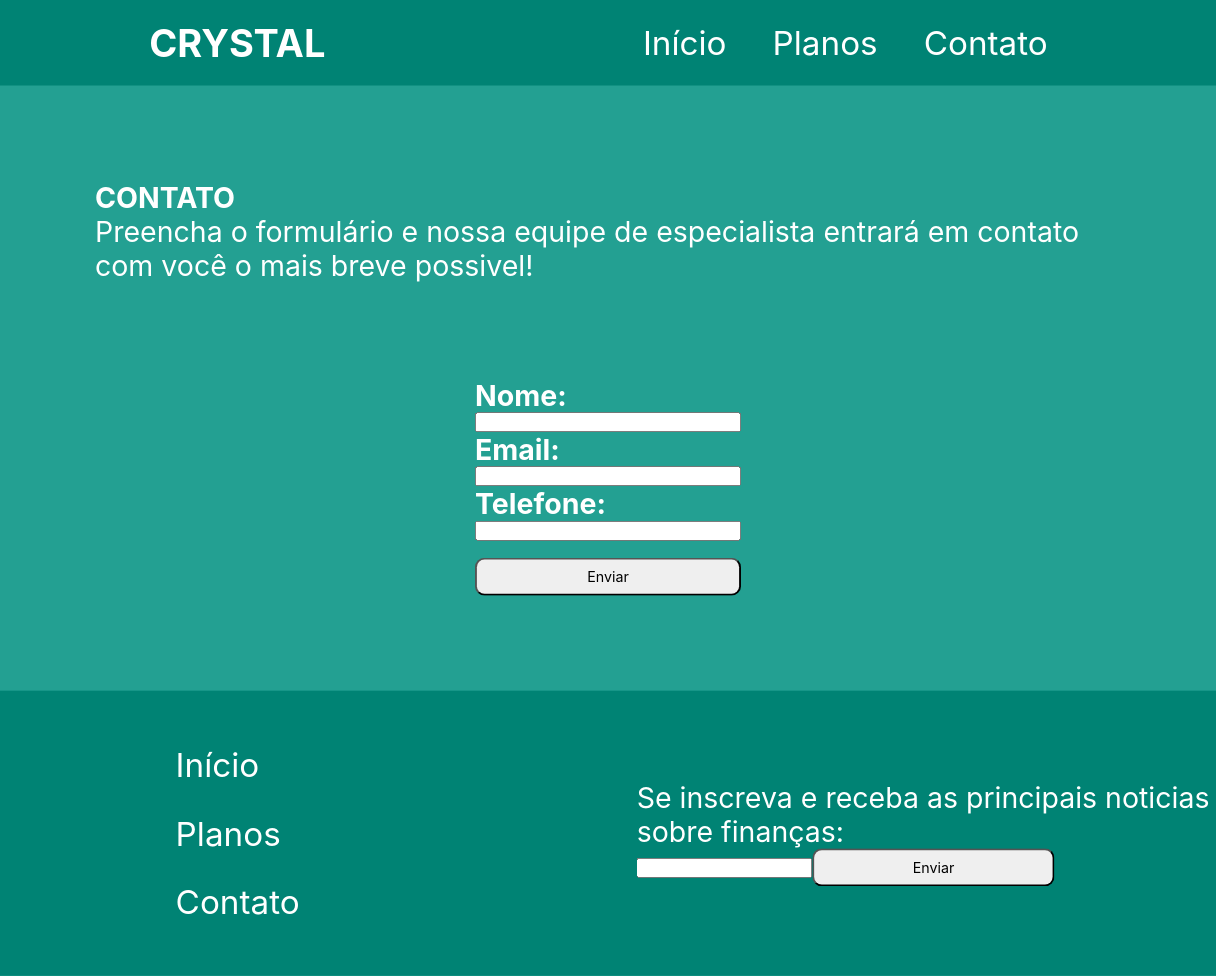
Repository: Matheus904-12/Crystallize
Page: contato.html
The author's editor kept a copy of each file at every save. The page is drawn from the files as they stood at one save, then again after the next save.
The browser window is 1280 px wide. The pictures show the whole page, at 95% of full size.
Some web fonts or font styles are not loaded; a fallback is used.

Above is the page before, as saved 2023-07-24 21:24:10.

After the next save:
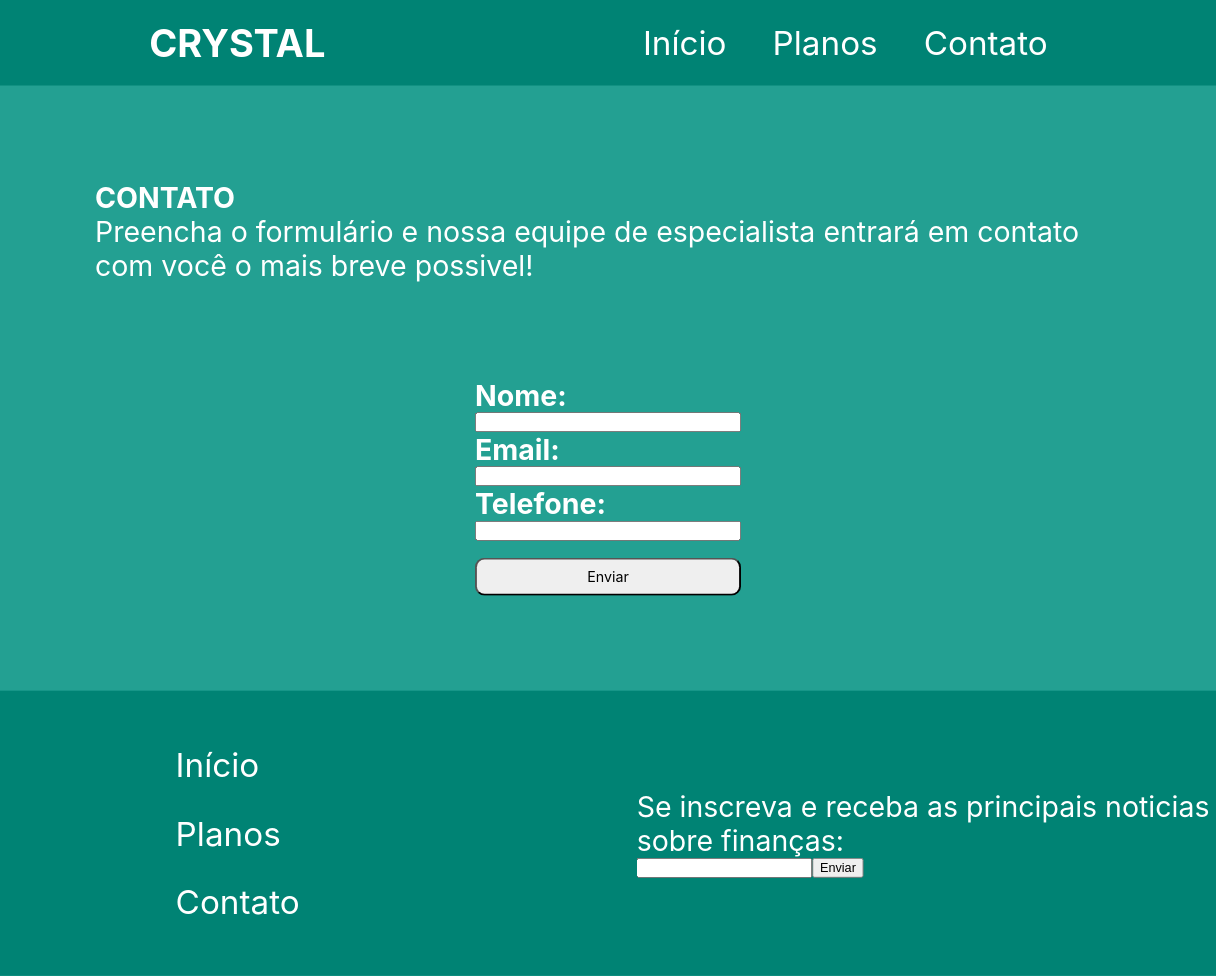
Saved 110 s later.
--- a/contato.html
+++ b/contato.html
@@ -79,7 +79,7 @@
                     <div class="inscreverse">
                         <input class="email" type="email">
 
-                        <button id="enviar">Enviar</button>
+                        <button id="enviar2">Enviar</button>
                     </div>
                 </div>
             </div>

After the 3 saves that followed:
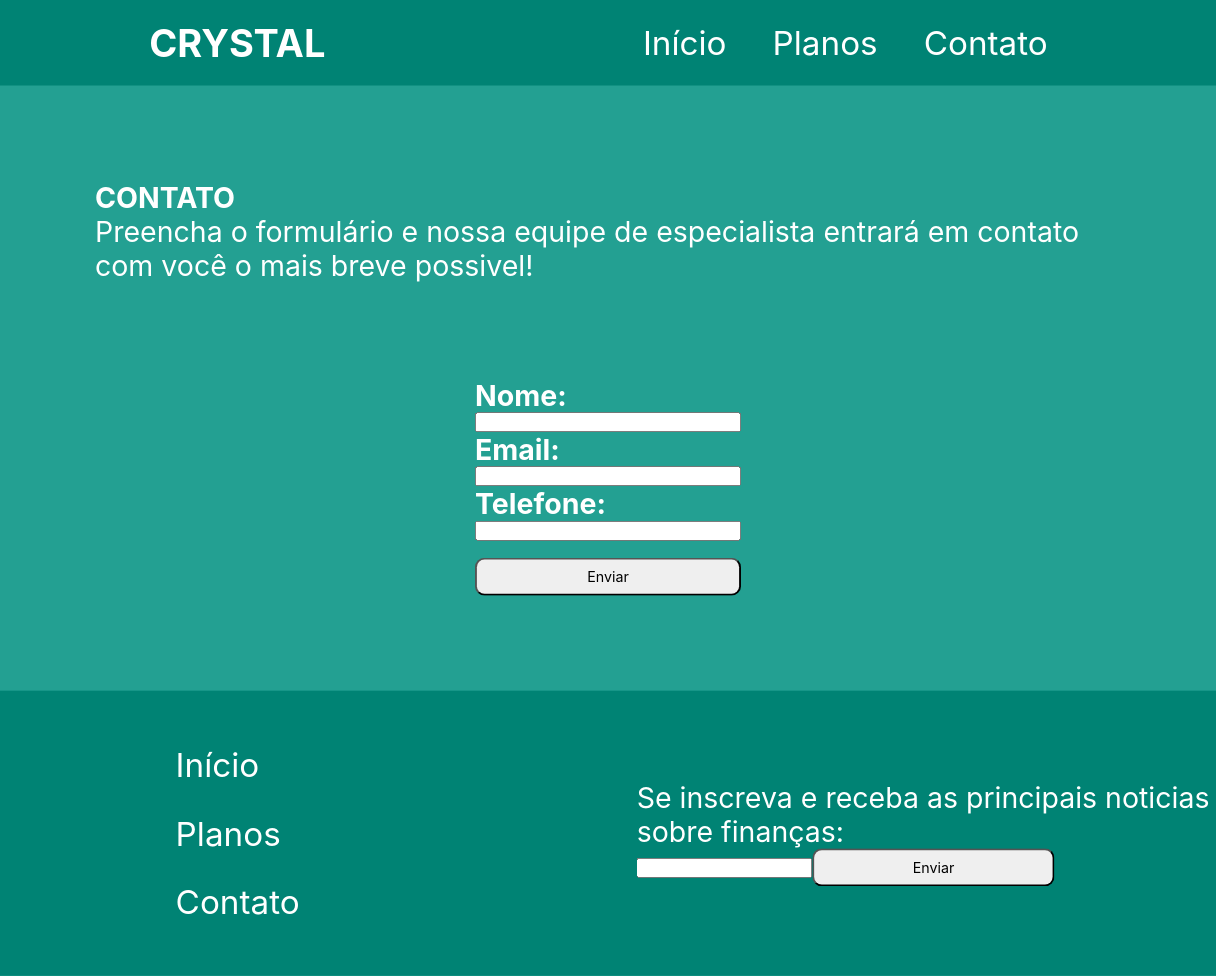
The 3 saves are shown as one change because 1 left the picture as it was and some came seconds apart.
The last was saved 22 s later.
--- a/background.css
+++ b/background.css
@@ -12,3 +12,11 @@ body {
     font-size: 15px;
     font-family: "inter";
 }
+
+#enviar2 {
+    width: 280px;
+    height: 40px;
+    border-radius: 10px;
+    font-size: 15px;
+    font-family: "inter";
+}
